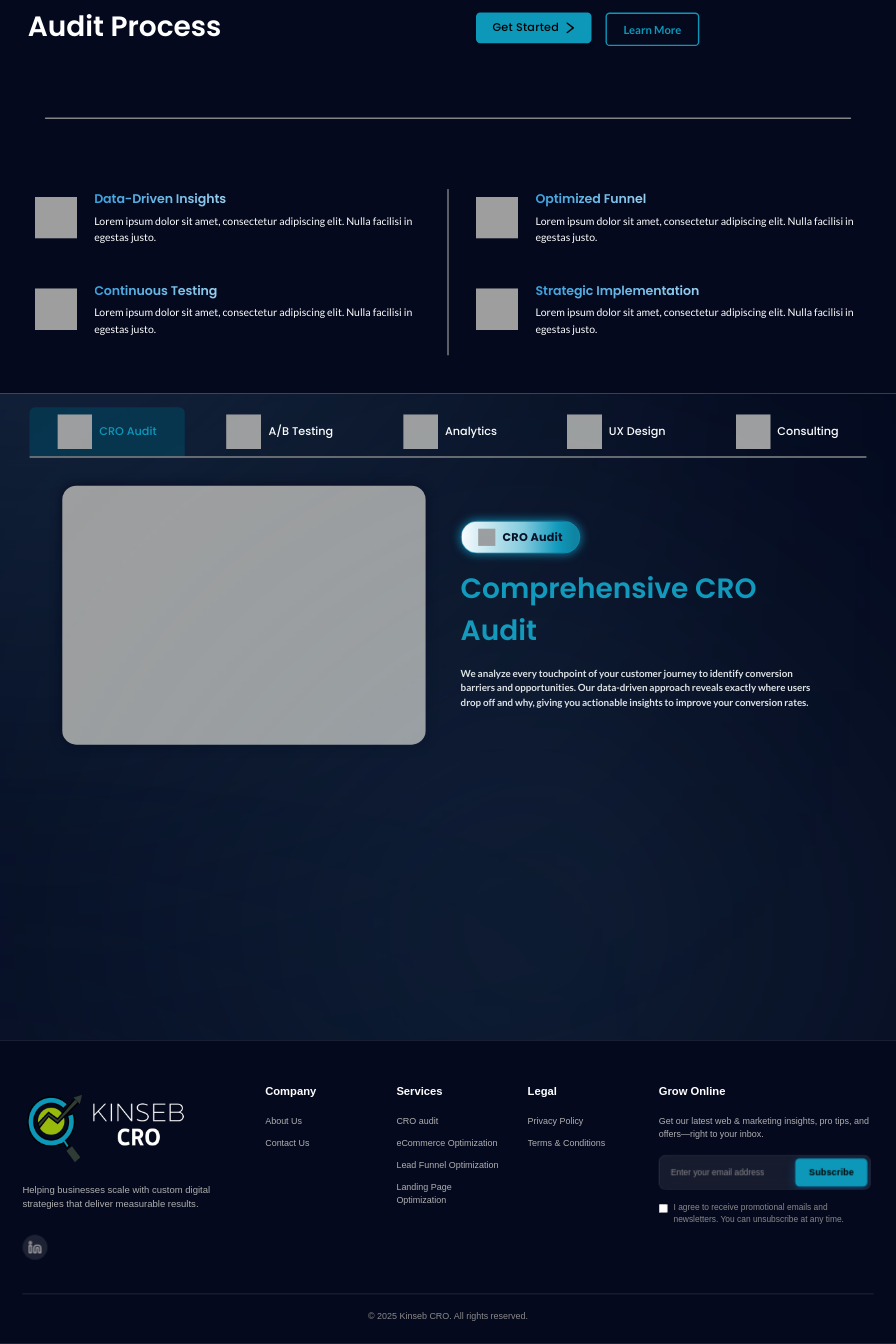
Repository: YahyaK01/kinseb
Page: /services
These files come from the project's save history. The page is drawn as it stood at one moment and after the next save; the edit follows.
The browser window is 1280 px wide. The pictures show the part of the page from y = 1837 to 3757 px (the page is 3757 px tall before and 3707 px after), at 70% of full size.
Pictures or frames that could not be fetched are drawn as grey boxes. The project was rebuilt for these pictures with package versions that can differ from the ones it lists, and the page was loaded fresh each time. Also part of the build but not shown: src/components/FAQ.js, src/components/CTA.jsx, src/components/MetricsSection.jsx, src/components/WhyCROMatter.jsx, src/components/Processsection.jsx, src/components/Hero.jsx, src/components/CEO.jsx, src/components/Testimonia.jsx and 14 more.

Above is the page before, as saved 2025-12-05 18:10:43.

### public/index.html
<!DOCTYPE html>
<html lang="en">
  <head>
    <meta charset="utf-8" />
    <link rel="icon" href="/images/website-logo.png" />
    <meta name="viewport" content="width=device-width, initial-scale=1" />
    <meta name="theme-color" content="#000000" />
    <meta
      name="description"
      content="Kinseb CRO - Your trusted partner for Conversion Rate Optimization. We specialize in data-driven CRO strategies, A/B testing, user experience optimization, and conversion funnel analysis to maximize your website's performance and ROI."
    />
    <meta name="keywords" content="conversion rate optimization, CRO services, A/B testing, conversion funnel optimization, user experience optimization, website optimization, Kinseb CRO, landing page optimization, conversion strategy, increase conversions" />
    <meta name="author" content="Kinseb CRO" />
    <meta property="og:title" content="Kinseb CRO - Conversion Rate Optimization Experts" />
    <meta property="og:description" content="Your trusted partner for data-driven Conversion Rate Optimization. We help businesses maximize their website conversions through strategic testing and optimization." />
    <meta property="og:image" content="/images/website-logo.png" />
    <meta property="og:type" content="website" />
    <meta name="twitter:card" content="summary_large_image" />
    <meta name="twitter:title" content="Kinseb CRO - Conversion Rate Optimization Experts" />
    <meta name="twitter:description" content="Your trusted partner for data-driven Conversion Rate Optimization. Turn more visitors into customers with strategic testing and optimization." />
    <meta name="twitter:image" content="/images/logo.png" />
    <link rel="apple-touch-icon" href="/images/logo.png" />

    <!-- Preconnect to Google Fonts (speeds up font loading) -->
    <link rel="preconnect" href="https://fonts.googleapis.com">
    <link rel="preconnect" href="https://fonts.gstatic.com" crossorigin>

    <!-- Async load fonts (non-blocking - won't delay page render) -->
    <link rel="preload" as="style" href="https://fonts.googleapis.com/css2?family=Poppins:wght@300;400;500;600;700&display=swap" onload="this.onload=null;this.rel='stylesheet'">
    <link rel="preload" as="style" href="https://fonts.googleapis.com/css2?family=Lato:wght@100;300;400;700;900&display=swap" onload="this.onload=null;this.rel='stylesheet'">

    <!-- Fallback for browsers without JavaScript -->
    <noscript>
      <link rel="stylesheet" href="https://fonts.googleapis.com/css2?family=Poppins:wght@300;400;500;600;700&display=swap">
      <link rel="stylesheet" href="https://fonts.googleapis.com/css2?family=Lato:wght@100;300;400;700;900&display=swap">
    </noscript>

    <!--
      manifest.json provides metadata used when your web app is installed on a
      user's mobile device or desktop. See https://developers.google.com/web/fundamentals/web-app-manifest/
    -->
    <link rel="manifest" href="%PUBLIC_URL%/manifest.json" />
    <!--
      Notice the use of %PUBLIC_URL% in the tags above.
      It will be replaced with the URL of the `public` folder during the build.
      Only files inside the `public` folder can be referenced from the HTML.

      Unlike "/favicon.ico" or "favicon.ico", "%PUBLIC_URL%/favicon.ico" will
      work correctly both with client-side routing and a non-root public URL.
      Learn how to configure a non-root public URL by running `npm run build`.
    -->
    <title>Kinseb CRO - Conversion Rate Optimization Experts</title>
  </head>
  <body>
    <noscript>You need to enable JavaScript to run this app.</noscript>
    <div id="root"></div>
    <!--
      This HTML file is a template.
      If you open it directly in the browser, you will see an empty page.

      You can add webfonts, meta tags, or analytics to this file.
      The build step will place the bundled scripts into the <body> tag.

      To begin the development, run `npm start` or `yarn start`.
      To create a production bundle, use `npm run build` or `yarn build`.
    -->
  </body>
</html>

### src/components/marquee.jsx
import React, { useEffect, useState } from 'react';

const TrustedBrands = () => {
  const [windowWidth, setWindowWidth] = useState(window.innerWidth);
  const [isPaused, setIsPaused] = useState(false);

  useEffect(() => {
    const handleResize = () => setWindowWidth(window.innerWidth);
    window.addEventListener('resize', handleResize);
    return () => window.removeEventListener('resize', handleResize);
  }, []);

  const brands = [
    { name: 'Brand 1', logo: '/images/8.png' },
    { name: 'Brand 2', logo: '/images/9.png' },
    { name: 'Brand 3', logo: '/images/10.png' },
    { name: 'Brand 4', logo: '/images/11.png' },
    { name: 'Brand 5', logo: '/images/12.png' },
  ];

  // Duplicate brands for seamless loop
  const duplicatedBrands = [...brands, ...brands, ...brands];

  const containerStyle = {
    display: 'flex',
    flexDirection: 'column',
    justifyContent: 'center',
    alignItems: 'center',
    padding: windowWidth < 768 ? '40px 0' : '50px 0',
    width: '100%',
    minHeight: windowWidth < 768 ? 'auto' : '228px',
    background: '#04091D',
    overflow: 'hidden',
    boxSizing: 'border-box',
  };

  const innerContainerStyle = {
    display: 'flex',
    flexDirection: 'column',
    alignItems: 'center',
    gap: windowWidth < 768 ? '24px' : '32px',
    width: '100%',
    maxWidth: '100%',
    overflow: 'hidden',
  };

  const titleStyle = {
    fontFamily: "'Lato', -apple-system, BlinkMacSystemFont, 'Segoe UI', sans-serif",
    fontWeight: 600,
    fontSize: windowWidth < 480 ? '16px' : '18px',
    lineHeight: '24px',
    textAlign: 'center',
    color: '#FDFFFA',
    margin: 0,
    padding: '0 16px',
  };

  const marqueeContainerStyle = {
    width: '100%',
    overflow: 'hidden',
    position: 'relative',
    maskImage: 'linear-gradient(to right, transparent, black 10%, black 90%, transparent)',
    WebkitMaskImage: 'linear-gradient(to right, transparent, black 10%, black 90%, transparent)',
  };

  const marqueeStyle = {
    display: 'flex',
    flexDirection: 'row',
    alignItems: 'center',
    gap: windowWidth < 480 ? '20px' : '40px',
    animation: isPaused ? 'none' : 'marquee 30s linear infinite',
    width: 'max-content',
    willChange: 'transform',
  };

  const cardStyle = {
    display: 'flex',
    flexDirection: 'row',
    justifyContent: 'center',
    alignItems: 'center',
    padding: windowWidth < 480 ? '12px 20px' : '16px 30px',
    minWidth: windowWidth < 480 ? '140px' : '180px',
    height: windowWidth < 480 ? '60px' : '72px',
    background: 'transparent',
    flexShrink: 0,
    cursor: 'pointer',
    transition: 'transform 0.3s ease',
  };

  const logoStyle = {
    width: windowWidth < 480 ? '80px' : windowWidth < 768 ? '100px' : '120px',
    height: 'auto',
    maxHeight: windowWidth < 480 ? '50px' : '60px',
    objectFit: 'contain',
    transition: 'transform 0.3s ease',
  };

  const keyframesStyle = `
    @keyframes marquee {
      0% {
        transform: translateX(0);
      }
      100% {
        transform: translateX(-33.333%);
      }
    }
  `;

  return (
    <>
      <style>{keyframesStyle}</style>
      <div style={containerStyle}>
        <div style={innerContainerStyle}>
          <h2 style={titleStyle}>Trusted by Leading Brands</h2>

          <div style={marqueeContainerStyle}>
            <div style={marqueeStyle}>
              {duplicatedBrands.map((brand, index) => (
                <div
                  key={index}
                  style={cardStyle}
                  onMouseEnter={() => setIsPaused(true)}
                  onMouseLeave={() => setIsPaused(false)}
                >
                  <img
                    src={brand.logo}
                    alt={brand.name}
                    style={logoStyle}
                  />
                </div>
              ))}
            </div>
          </div>
        </div>
      </div>
    </>
  );
};

export default TrustedBrands;

### src/components/ServiceTabSection.jsx
import React, { useEffect, useRef, useState } from 'react';

const ServiceTabSection = () => {
  const [isVisible, setIsVisible] = useState(false);
  const [activeTab, setActiveTab] = useState(0);
  const sectionRef = useRef(null);
  const contentAreaRef = useRef(null);

  useEffect(() => {
    const observer = new IntersectionObserver(
      ([entry]) => {
        if (entry.isIntersecting && !isVisible) {
          setIsVisible(true);

          setTimeout(() => {
            if (contentAreaRef.current) {
              contentAreaRef.current.scrollIntoView({
                behavior: 'smooth',
                block: 'start',
                inline: 'nearest'
              });
            }
          }, 100);
        }
      },
      {
        threshold: 0.1,
        rootMargin: '0px'
      }
    );

    if (sectionRef.current) {
      observer.observe(sectionRef.current);
    }

    return () => {
      if (sectionRef.current) {
        observer.unobserve(sectionRef.current);
      }
    };
  }, [isVisible]);

  // Wrapper Style
  const wrapperStyle = {
    width: '100%',
    background: '#04091D',
    position: 'relative',
    overflow: 'hidden',
  };

  // Main Container Style
  const containerStyle = {
    display: 'flex',
    flexDirection: 'column',
    justifyContent: 'center',
    alignItems: 'center',
    padding: '100px 0px',
    gap: '100px',
    maxWidth: '1440px',
    margin: '0 auto',
    width: '100%',
    position: 'relative',
    isolation: 'isolate',
  };

  // Decorative Blur Ellipses - Updated positions
  const ellipse1Style = {
    position: 'absolute',
    width: '486px',
    height: '486px',
    left: '-213px',
    top: '-187px',
    background: 'linear-gradient(263.69deg, #FFFFFF -108.11%, #3AA1DE 98.19%)',
    filter: 'blur(400px)',
    pointerEvents: 'none',
    zIndex: 0,
  };

  const ellipse2Style = {
    position: 'absolute',
    width: '280px',
    height: '280px',
    left: '-151px',
    top: '1739px',
    background: 'linear-gradient(263.69deg, #FFFFFF -108.11%, #3AA1DE 98.19%)',
    filter: 'blur(350px)',
    pointerEvents: 'none',
    zIndex: 1,
  };

  const ellipse3Style = {
    position: 'absolute',
    width: '350px',
    height: '350px',
    left: '562px',
    top: '913px',
    background: 'linear-gradient(263.69deg, #FFFFFF -108.11%, #3AA1DE 98.19%)',
    filter: 'blur(350px)',
    pointerEvents: 'none',
    zIndex: 2,
  };

  const ellipse4Style = {
    position: 'absolute',
    width: '350px',
    height: '350px',
    left: '941px',
    top: '2277px',
    background: 'linear-gradient(263.69deg, #FFFFFF -108.11%, #3AA1DE 98.19%)',
    filter: 'blur(350px)',
    pointerEvents: 'none',
    zIndex: 3,
  };

  const ellipse5Style = {
    position: 'absolute',
    width: '267px',
    height: '267px',
    left: '139px',
    top: '2319px',
    background: 'linear-gradient(263.69deg, #FFFFFF -108.11%, #3AA1DE 98.19%)',
    filter: 'blur(275px)',
    pointerEvents: 'none',
    zIndex: 4,
  };

  // Header Section Styles
  const headerContainerStyle = {
    display: 'flex',
    flexDirection: 'column',
    alignItems: 'center',
    padding: '0px',
    gap: '30px',
    width: '100%',
    maxWidth: '1440px',
    zIndex: 5,
    opacity: isVisible ? 1 : 0,
    transform: isVisible ? 'translateY(0)' : 'translateY(30px)',
    transition: 'all 0.6s cubic-bezier(0.4, 0, 0.2, 1) 0.2s',
  };

  const headerInnerStyle = {
    display: 'flex',
    flexDirection: 'column',
    justifyContent: 'center',
    alignItems: 'center',
    padding: '0px',
    isolation: 'isolate',
    width: '1236px',
    maxWidth: '100%',
  };

  const headingStyle = {
    fontFamily: "'Poppins', sans-serif",
    fontWeight: 600,
    fontSize: '40px',
    lineHeight: '64px',
    textAlign: 'center',
    letterSpacing: '-0.03em',
    textTransform: 'capitalize',
    color: '#FFFFFF',
    margin: 0,
    width: '100%',
  };

  const paragraphStyle = {
    fontFamily: "'Lato', sans-serif",
    fontWeight: 400,
    fontSize: '14px',
    lineHeight: '28px',
    textAlign: 'center',
    letterSpacing: '-0.09px',
    color: '#FFFFFF',
    margin: 0,
    maxWidth: '692px',
  };

  // Content Area Wrapper Style
  const contentAreaWrapperStyle = {
    display: 'flex',
    flexDirection: 'column',
    gap: '40px',
    width: '100%',
    zIndex: 5,
  };

  // Tabs Section Styles
  const tabsContainerStyle = {
    display: 'flex',
    flexDirection: 'column',
    justifyContent: 'center',
    alignItems: 'center',
    padding: '20px 40px 0px',
    width: '100%',
    maxWidth: '1440px',
    margin: '0 auto',
    opacity: isVisible ? 1 : 0,
    transition: 'all 0.6s cubic-bezier(0.4, 0, 0.2, 1) 0.3s',
  };

  const tabsRowStyle = {
    display: 'flex',
    flexDirection: 'row',
    justifyContent: 'space-between',
    alignItems: 'flex-start',
    padding: '0px',
    gap: '20px',
    width: '100%',
    maxWidth: '1196px',
    flexWrap: 'wrap',
  };

  const tabStyle = (isActive) => ({
    display: 'flex',
    flexDirection: 'row',
    justifyContent: 'center',
    alignItems: 'center',
    padding: '10px 30px',
    gap: '10px',
    minWidth: '200px',
    flex: '1 1 auto',
    height: '70px',
    borderRadius: '8px 8px 0px 0px',
    background: isActive ? '#07334C' : 'transparent',
    cursor: 'pointer',
    transition: 'all 0.3s ease',
    border: 'none',
  });

  const tabIconStyle = {
    width: '50px',
    height: '50px',
    flexShrink: 0,
  };

  const tabTextStyle = (isActive) => ({
    fontFamily: "'Poppins', sans-serif",
    fontWeight: 500,
    fontSize: '16px',
    lineHeight: '24px',
    color: isActive ? '#0D98BA' : '#FFFFFF',
    margin: 0,
    transition: 'all 0.3s ease',
  });

  const tabSeparatorStyle = {
    width: '100%',
    maxWidth: '1196px',
    height: '2px',
    background: '#848586',
    borderRadius: '10px',
    marginTop: '0px',
  };

  // Service Content Style
  const serviceContentStyle = {
    display: 'flex',
    flexDirection: 'column',
    justifyContent: 'center',
    alignItems: 'center',
    padding: '0px 89px',
    gap: '10px',
    width: '100%',
    maxWidth: '1440px',
    margin: '0 auto',
    zIndex: 6,
    opacity: isVisible ? 1 : 0,
    transform: isVisible ? 'translateY(0)' : 'translateY(30px)',
    transition: 'all 0.6s cubic-bezier(0.4, 0, 0.2, 1) 0.4s',
  };

  const serviceRowStyle = {
    display: 'flex',
    flexDirection: 'row',
    alignItems: 'center',
    padding: '0px 14px 0px 0px',
    gap: '50px',
    width: '100%',
    maxWidth: '1196px',
    flexWrap: 'wrap',
  };

  const serviceImageStyle = {
    width: '566px',
    height: '370px',
    maxWidth: '100%',
    backgroundSize: 'cover',
    backgroundPosition: 'center',
    boxShadow: '0px 0px 15px #04091D',
    borderRadius: '20px',
    flex: '1 1 400px',
  };

  const serviceTextContainerStyle = {
    display: 'flex',
    flexDirection: 'column',
    justifyContent: 'center',
    alignItems: 'flex-start',
    padding: '0px',
    gap: '20px',
    flex: '1 1 400px',
    minWidth: '300px',
    maxWidth: '566px',
  };

  const serviceBadgeStyle = {
    display: 'flex',
    flexDirection: 'row',
    justifyContent: 'center',
    alignItems: 'center',
    padding: '10px 24px',
    gap: '10px',
    background: 'linear-gradient(90deg, #FFFFFF 0%, #85CCDD 52.41%, #0D98BA 81.55%, #0B829F 95.26%)',
    border: '1px solid #0D94BB',
    boxShadow: '0px 0px 12px 2px rgba(13, 148, 187, 0.7)',
    borderRadius: '25px',
    cursor: 'default',
  };

  const badgeIconStyle = {
    width: '25px',
    height: '25px',
  };

  const badgeTextStyle = {
    fontFamily: "'Poppins', sans-serif",
    fontWeight: 700,
    fontSize: '16px',
    lineHeight: '24px',
    letterSpacing: '0.02em',
    color: '#04091D',
    margin: 0,
  };

  const serviceHeadingStyle = {
    fontFamily: "'Poppins', sans-serif",
    fontWeight: 600,
    fontSize: '40px',
    lineHeight: '60px',
    textTransform: 'capitalize',
    color: '#0D98BA',
    margin: 0,
  };

  const serviceDescriptionStyle = {
    fontFamily: "'Lato', sans-serif",
    fontWeight: 600,
    fontSize: '14px',
    lineHeight: '150%',
    letterSpacing: '-0.006em',
    color: '#E6E6E6',
    margin: 0,
  };

  // Tab Data
  const tabs = [
    { icon: '/path-to-icon-1.png', text: 'CRO Audit' },
    { icon: '/path-to-icon-2.png', text: 'A/B Testing' },
    { icon: '/path-to-icon-3.png', text: 'Analytics' },
    { icon: '/path-to-icon-4.png', text: 'UX Design' },
    { icon: '/path-to-icon-5.png', text: 'Consulting' },
  ];

  // Service Content Data
  const services = [
    {
      badge: 'CRO Audit',
      heading: 'Comprehensive CRO Audit',
      description: 'We analyze every touchpoint of your customer journey to identify conversion barriers and opportunities. Our data-driven approach reveals exactly where users drop off and why, giving you actionable insights to improve your conversion rates.',
      image: '/path-to-service-image.jpg',
    },
    {
      badge: 'A/B Testing',
      heading: 'Strategic A/B Testing',
      description: 'Test and validate changes before full implementation. Our systematic testing approach ensures every decision is backed by data, minimizing risk and maximizing ROI on your optimization efforts.',
      image: '/path-to-service-image-2.jpg',
    },
    {
      badge: 'Analytics',
      heading: 'Advanced Analytics',
      description: 'Deep dive into your data to uncover hidden patterns and opportunities. Our analytics expertise helps you understand user behavior and make informed decisions that drive growth.',
      image: '/path-to-service-image-3.jpg',
    },
    {
      badge: 'UX Design',
      heading: 'User Experience Design',
      description: 'Create intuitive, conversion-focused designs that guide users seamlessly through your funnel. Our UX experts craft experiences that delight users while driving business results.',
      image: '/path-to-service-image-4.jpg',
    },
    {
      badge: 'Consulting',
      heading: 'CRO Consulting',
      description: 'Get expert guidance on your conversion optimization strategy. Our consultants work with your team to build sustainable optimization processes and drive long-term growth.',
      image: '/path-to-service-image-5.jpg',
    },
  ];

  return (
    <div ref={sectionRef} style={wrapperStyle}>
      {/* Decorative Blur Ellipses */}
      <div style={ellipse1Style}></div>
      <div style={ellipse2Style}></div>
      <div style={ellipse3Style}></div>
      <div style={ellipse4Style}></div>
      <div style={ellipse5Style}></div>

      <div style={containerStyle}>
        {/* Header Section */}
        <div style={headerContainerStyle}>
          <div style={headerInnerStyle}>
            <h2 style={headingStyle}>Our Services</h2>
          </div>
          <p style={paragraphStyle}>
            Comprehensive conversion rate optimization services to help you grow your business
          </p>
        </div>

        {/* Content Area Wrapper */}
        <div ref={contentAreaRef} style={contentAreaWrapperStyle}>
          {/* Tabs Section */}
          <div style={tabsContainerStyle}>
            <div style={tabsRowStyle}>
              {tabs.map((tab, index) => (
                <button
                  key={index}
                  style={tabStyle(activeTab === index)}
                  onClick={() => setActiveTab(index)}
                  onMouseEnter={(e) => {
                    if (activeTab !== index) {
                      e.currentTarget.style.background = 'rgba(7, 51, 76, 0.5)';
                    }
                  }}
                  onMouseLeave={(e) => {
                    if (activeTab !== index) {
                      e.currentTarget.style.background = 'transparent';
                    }
                  }}
                >
                  <img src={tab.icon} alt={tab.text} style={tabIconStyle} />
                  <span style={tabTextStyle(activeTab === index)}>{tab.text}</span>
                </button>
              ))}
            </div>
            <div style={tabSeparatorStyle}></div>
          </div>

          {/* Service Content */}
          <div style={serviceContentStyle}>
            <div style={serviceRowStyle}>
              <div
                style={{
                  ...serviceImageStyle,
                  backgroundImage: `url(${services[activeTab]?.image || services[0].image})`,
                }}
              ></div>
              <div style={serviceTextContainerStyle}>
                <div style={serviceBadgeStyle}>
                  <img src="/path-to-badge-icon.png" alt="badge" style={badgeIconStyle} />
                  <span style={badgeTextStyle}>
                    {services[activeTab]?.badge || services[0].badge}
                  </span>
                </div>
                <h3 style={serviceHeadingStyle}>
                  {services[activeTab]?.heading || services[0].heading}
                </h3>
                <p style={serviceDescriptionStyle}>
                  {services[activeTab]?.description || services[0].description}
                </p>
              </div>
            </div>
          </div>
        </div>
      </div>
    </div>
  );
};

export default ServiceTabSection;

Loaded but not shown: src/index.js (common file); src/index.css (common file); src/reportWebVitals.js (common file); src/components/Footer.js (596 lines, source omitted); src/App.js (30 lines, source omitted); src/Pages/ServicePage.js (20 lines, source omitted); src/components/Navbar.jsx (1589 lines, source omitted); src/components/WhyCROMattersSection.jsx (391 lines, source omitted); src/components/PainPointsSection.jsx (302 lines, source omitted); src/components/casestudieshero.jsx (294 lines, source omitted)

After the next save:
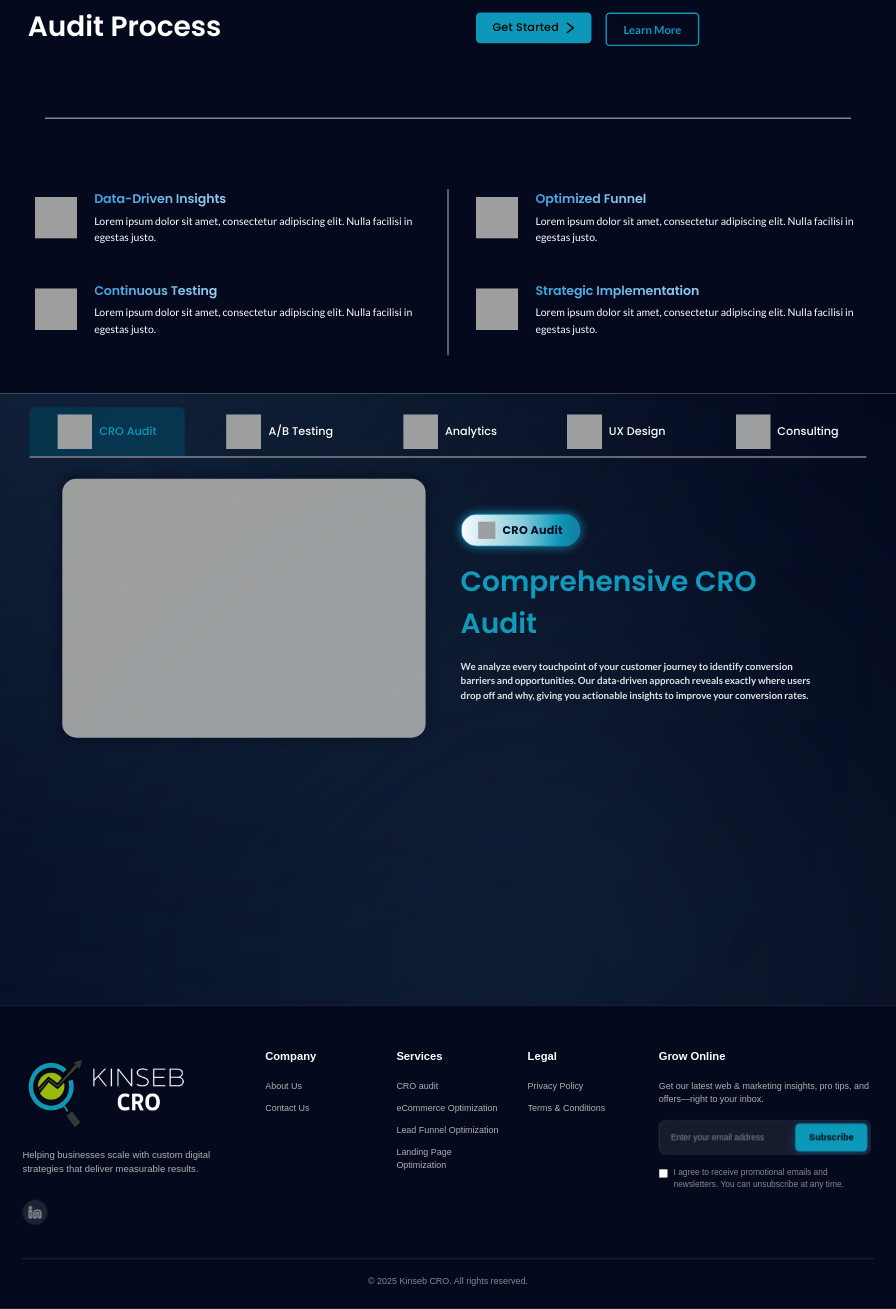
Saved 3 min 39 s later.
--- a/src/components/ServiceTabSection.jsx
+++ b/src/components/ServiceTabSection.jsx
@@ -55,7 +55,7 @@
     justifyContent: 'center',
     alignItems: 'center',
     padding: '100px 0px',
-    gap: '100px',
+    gap: '60px', // Reduced from 100px to 60px
     maxWidth: '1440px',
     margin: '0 auto',
     width: '100%',
@@ -179,7 +179,7 @@
   const contentAreaWrapperStyle = {
     display: 'flex',
     flexDirection: 'column',
-    gap: '40px',
+    gap: '30px', // Reduced from 40px to 30px
     width: '100%',
     zIndex: 5,
   };
